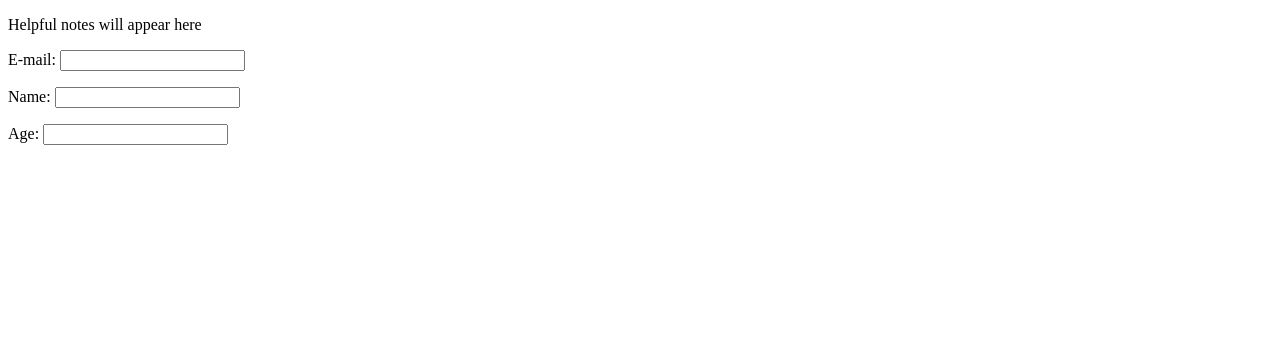
Repository: LeeHyoun/pollytec
Page: workspace2/JavaScript/WebContent/ex.html
These files come from the project's save history. The page is drawn as it stood at one moment and after the next save; the edit follows.
The browser window is 1280 px wide. The pictures show the whole page.
Some web libraries are served in a nearby version.

Above is the page before, as saved 2015-04-02 05:46:34.

### workspace2/JavaScript/WebContent/ex.html
<!DOCTYPE html>
<html>
<head>
<meta charset="UTF-8">
<script type="text/javascript" src="http://code.jquery.com/jquery-1.11.2.min.js"></script>
<title>연습</title>
<script type="text/javascript">
$(document).ready(function(){
	function showHelp(help) {
		  document.getElementById('help').innerHTML = help;
		}

		function makeHelpCallback(help) {
		  return function() {
		    showHelp(help);
		  };
		}

		function setupHelp() {
		  var helpText = [
		      {'id': 'email', 'help': 'Your e-mail address'},
		      {'id': 'name', 'help': 'Your full name'},
		      {'id': 'age', 'help': 'Your age (you must be over 16)'}
		    ];

		  for (var i = 0; i < helpText.length; i++) {
		    var item = helpText[i];
		    document.getElementById(item.id).onfocus = makeHelpCallback(item.help);
		  }
		}

		setupHelp();
})
</script>
</head>

<body>

	<p id="help">Helpful notes will appear here</p>
	<p>E-mail: <input type="text" id="email" name="email"></p>
	<p>Name: <input type="text" id="name" name="name"></p>
	<p>Age: <input type="text" id="age" name="age"></p>

</body>
</html>

After the next save:
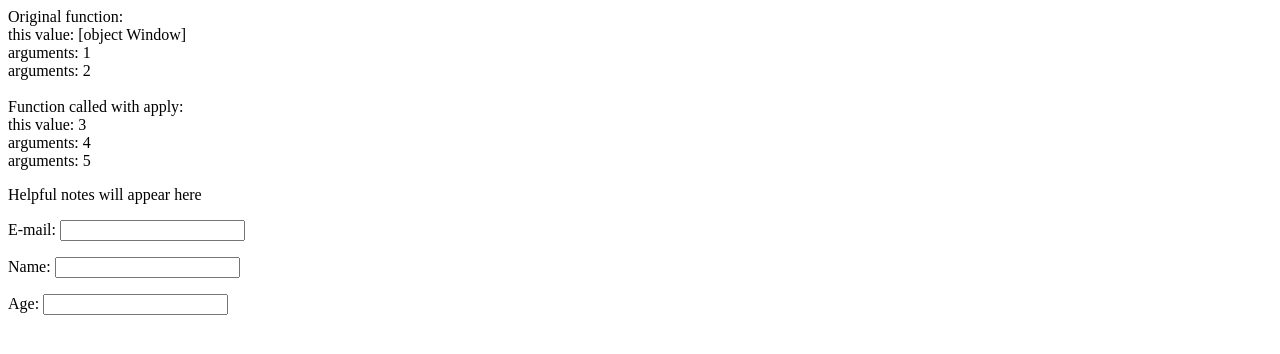
Saved 112 s later.
--- a/workspace2/JavaScript/WebContent/ex.html
+++ b/workspace2/JavaScript/WebContent/ex.html
@@ -30,7 +30,37 @@ $(document).ready(function(){
 		}
 
 		setupHelp();
-})
+});
+
+function callMe(arg1, arg2){
+    var s = "";
+
+    s += "this value: " + this;
+    s += "<br />";
+    for (i in callMe.arguments) {
+        s += "arguments: " + callMe.arguments[i];
+        s += "<br />";
+    }
+    return s;
+}
+
+document.write("Original function: <br/>");
+document.write(callMe(1, 2));
+document.write("<br/>");
+
+document.write("Function called with apply: <br/>");
+document.write(callMe.apply(3, [ 4, 5 ]));
+
+// Output:
+// Original function:
+// this value: [object Window]
+// arguments: 1
+// arguments: 2
+
+// Function called with apply:
+// this value: 3
+// arguments: 4
+// arguments: 5
 </script>
 </head>
 
